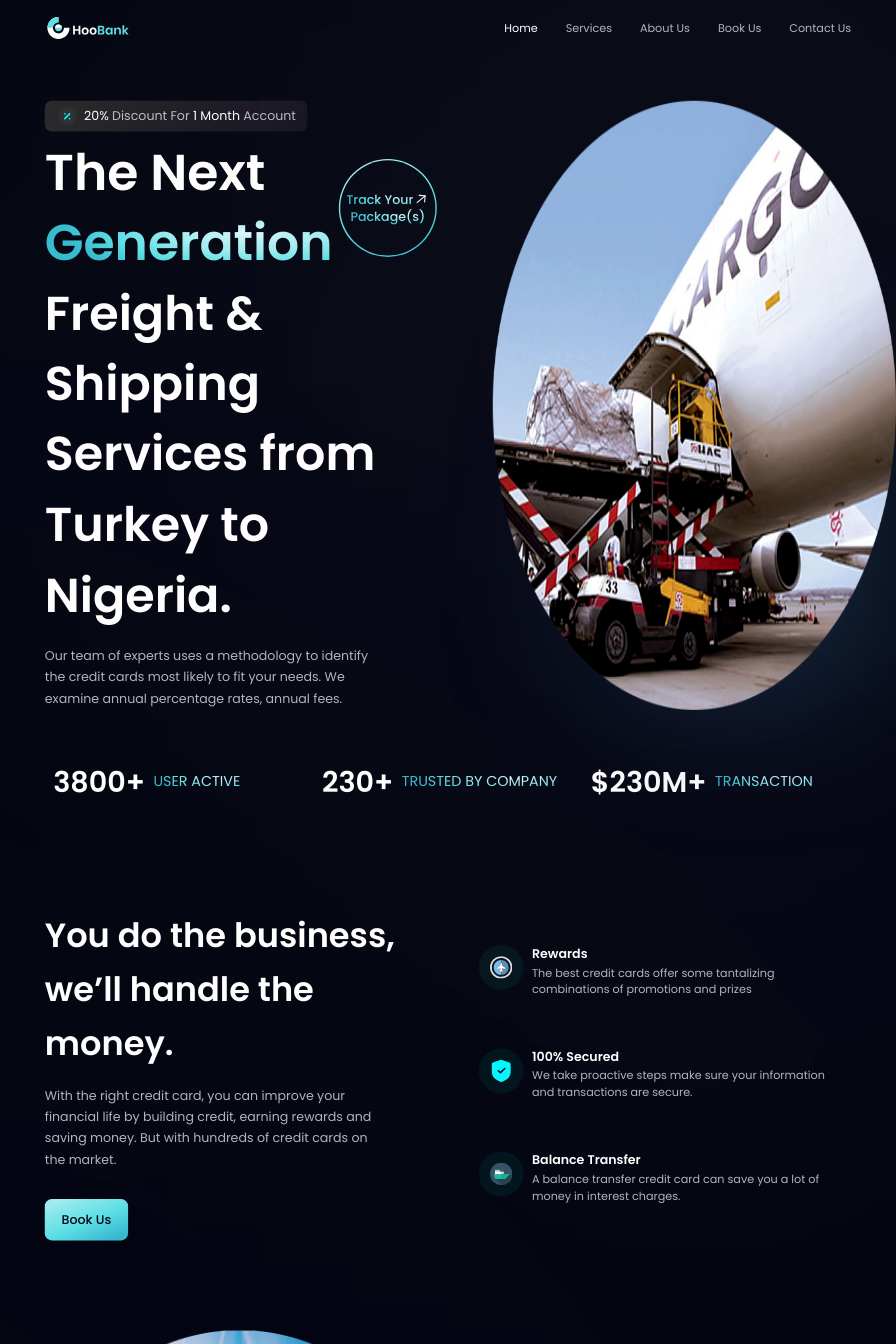
Repository: Miracleoluebube/captionlogistics
Page: /
The author's editor kept a copy of each file at every save. The page is drawn from the files as they stood at one save, then again after a run of saves.
The browser window is 1280 px wide. The pictures show the part of the page from y = 0 to 1920 px (the page is 5317 px tall), at 70% of full size.
The project was rebuilt for these pictures with package versions that can differ from the ones it lists, and the page was loaded fresh each time. Also part of the build but not shown: vite.config.js.

Above is the page before, as saved 2022-10-01 11:39:23.

### src/index.css
/* :root {
  font-family: Inter, Avenir, Helvetica, Arial, sans-serif;
  font-size: 16px;
  line-height: 24px;
  font-weight: 400;

  color-scheme: light dark;
  color: rgba(255, 255, 255, 0.87);
  background-color: #242424;

  font-synthesis: none;
  text-rendering: optimizeLegibility;
  -webkit-font-smoothing: antialiased;
  -moz-osx-font-smoothing: grayscale;
  -webkit-text-size-adjust: 100%;
}

a {
  font-weight: 500;
  color: #646cff;
  text-decoration: inherit;
}
a:hover {
  color: #535bf2;
}

body {
  margin: 0;
  display: flex;
  place-items: center;
  min-width: 320px;
  min-height: 100vh;
}

h1 {
  font-size: 3.2em;
  line-height: 1.1;
}

button {
  border-radius: 8px;
  border: 1px solid transparent;
  padding: 0.6em 1.2em;
  font-size: 1em;
  font-weight: 500;
  font-family: inherit;
  background-color: #1a1a1a;
  cursor: pointer;
  transition: border-color 0.25s;
}
button:hover {
  border-color: #646cff;
}
button:focus,
button:focus-visible {
  outline: 4px auto -webkit-focus-ring-color;
}
*/

@import url("https://fonts.googleapis.com/css2?family=Poppins:wght@400;500;600;700;800;900&display=swap");

@tailwind base;
@tailwind components;
@tailwind utilities;

:root {
  --black-gradient: linear-gradient(
    144.39deg,
    #ffffff -278.56%,
    #6d6d6d -78.47%,
    #11101d 91.61%
  );
  --card-shadow: 0px 20px 100px -10px rgba(66, 71, 91, 0.1);
}

* {
  scroll-behavior: smooth;
}

.text-gradient {
  background: radial-gradient(
    64.18% 64.18% at 71.16% 35.69%,
    #def9fa 0.89%,
    #bef3f5 17.23%,
    #9dedf0 42.04%,
    #7de7eb 55.12%,
    #5ce1e6 71.54%,
    #33bbcf 100%
  );
  -webkit-background-clip: text;
  -webkit-text-fill-color: transparent;
  background-clip: text;
  text-fill-color: transparent;
}

.bg-blue-gradient {
  background: linear-gradient(
    157.81deg,
    #def9fa -43.27%,
    #bef3f5 -21.24%,
    #9dedf0 12.19%,
    #7de7eb 29.82%,
    #5ce1e6 51.94%,
    #33bbcf 90.29%
  );
}

.bg-black-gradient {
  background: linear-gradient(
    144.39deg,
    #ffffff -278.56%,
    #6d6d6d -78.47%,
    #11101d 91.61%
  );
}

.bg-black-gradient-2 {
  background: linear-gradient(
    -168.39deg,
    #ffffff -278.56%,
    #6d6d6d -78.47%,
    #11101d 91.61%
  );
}

.bg-gray-gradient {
  background: linear-gradient(
    153.47deg,
    rgba(255, 255, 255, 0) -341.94%,
    #14101d 95.11%
  );
}

.bg-discount-gradient {
  background: linear-gradient(125.17deg, #272727 0%, #11101d 100%);
}

.box-shadow {
  box-shadow: 0px 20px 100px -10px rgba(66, 71, 91, 0.1);
}

.sidebar {
  -webkit-animation: slide-top 0.5s cubic-bezier(0.25, 0.46, 0.45, 0.94) both;
  animation: slide-top 0.5s cubic-bezier(0.25, 0.46, 0.45, 0.94) both;
}

@-webkit-keyframes slide-top {
  0% {
    -webkit-transform: translateY(100px);
    transform: translateY(100px);
  }
  100% {
    -webkit-transform: translateY(0);
    transform: translateY(0);
  }
}

@keyframes slide-top {
  0% {
    -webkit-transform: translateY(100px);
    transform: translateY(100px);
  }
  100% {
    -webkit-transform: translateY(0);
    transform: translateY(0);
  }
}

.feature-card:hover {
  background: var(--black-gradient);
  box-shadow: var(--card-shadow);
}

.feedback-container .feedback-card:last-child {
  margin-right: 0px;
}

.feedback-card {
  background: transparent;
}

.feedback-card:hover {
  background: var(--black-gradient);
}

.blue__gradient {
  background: linear-gradient(180deg, rgba(188, 165, 255, 0) 0%, #214d76 100%);
  filter: blur(123px);
}

.pink__gradient {
  background: linear-gradient(90deg, #f4c4f3 0%, #fc67fa 100%);
  filter: blur(900px);
}

.white__gradient {
  background: rgba(255, 255, 255, 0.6);
  filter: blur(750px);
}


@media (prefers-color-scheme: light) {
  :root {
    color: #213547;
    background-color: #ffffff;
  }
  a:hover {
    color: #747bff;
  }
  button {
    background-color: #f9f9f9;
  }
}

### src/style.js
const styles = {
  boxWidth: "xl:max-w-[1280px] w-full",

  heading2: "font-poppins font-semibold xs:text-[48px] text-[40px] text-white xs:leading-[76.8px] leading-[66.8px] w-full",
  paragraph: "font-poppins font-normal text-dimWhite text-[18px] leading-[30.8px]",

  flexCenter: "flex justify-center items-center",
  flexStart: "flex justify-center items-start",

  paddingX: "sm:px-16 px-6",
  paddingY: "sm:py-16 py-6",
  padding: "sm:px-16 px-6 sm:py-12 py-4",

  marginX: "sm:mx-16 mx-6",
  marginY: "sm:my-16 my-6",
};

export const layout = {
  section: `flex md:flex-row flex-col ${styles.paddingY}`,
  sectionReverse: `flex md:flex-row flex-col-reverse ${styles.paddingY}`,

  sectionImgReverse: `flex-1 flex ${styles.flexCenter} md:mr-10 mr-0 md:mt-0 mt-10 relative`,
  sectionImg: `flex-1 flex ${styles.flexCenter} md:ml-10 ml-0 md:mt-0 mt-10 relative`,

  sectionInfo: `flex-1 ${styles.flexStart} flex-col`,
};

export default styles;

### src/components/Navbar.jsx
import { useState } from "react";

import { close, logo, menu } from "../assets";
import { navLinks } from "../constants";

const Navbar = () => {
  const [active, setActive] = useState("Home");
  const [toggle, setToggle] = useState(false);

  return (
    <nav className="w-full flex py-6 justify-between items-center navbar">
      <img src={logo} alt="hoobank" className="w-[124px] h-[32px]" />

      <ul className="list-none sm:flex hidden justify-end items-center flex-1">
        {navLinks.map((nav, index) => (
          <li
            key={nav.id}
            className={`font-poppins font-normal cursor-pointer text-[16px] ${
              active === nav.title ? "text-white" : "text-dimWhite"
            } ${index === navLinks.length - 1 ? "mr-0" : "mr-10"}`}
            onClick={() => setActive(nav.title)}
          >
            <a href={`#${nav.id}`}>{nav.title}</a>
          </li>
        ))}
      </ul>

      <div className="sm:hidden flex flex-1 justify-end items-center">
        <img
          src={toggle ? close : menu}
          alt="menu"
          className="w-[28px] h-[28px] object-contain"
          onClick={() => setToggle(!toggle)}
        />

        <div
          className={`${
            !toggle ? "hidden" : "flex"
          } p-6 bg-black-gradient absolute top-20 right-0 mx-4 my-2 min-w-[140px] rounded-xl sidebar`}
        >
          <ul className="list-none flex justify-end items-start flex-1 flex-col">
            {navLinks.map((nav, index) => (
              <li
                key={nav.id}
                className={`font-poppins font-medium cursor-pointer text-[16px] ${
                  active === nav.title ? "text-white" : "text-dimWhite"
                } ${index === navLinks.length - 1 ? "mb-0" : "mb-4"}`}
                onClick={() => setActive(nav.title)}
              >
                <a href={`#${nav.id}`}>{nav.title}</a>
              </li>
            ))}
          </ul>
        </div>
      </div>
    </nav>
  );
};

export default Navbar;

### src/components/Billing.jsx
import { apple, bill, google } from "../assets";
import styles, { layout } from "../style";

const Billing = () => (
  <section id="product" className={layout.sectionReverse}>
    <div className={layout.sectionImgReverse}>
      <img src={bill} alt="billing" className="w-[100%] h-[100%] relative z-[5]" />

      {/* gradient start */}
      <div className="absolute z-[3] -left-1/2 top-0 w-[50%] h-[50%] rounded-full white__gradient" />
      <div className="absolute z-[0] w-[50%] h-[50%] -left-1/2 bottom-0 rounded-full pink__gradient" />
      {/* gradient end */}
    </div>

    <div className={layout.sectionInfo}>
      <h2 className={styles.heading2}>
        Easily control your <br className="sm:block hidden" /> billing &
        invoicing
      </h2>
      <p className={`${styles.paragraph} max-w-[470px] mt-5`}>
        Elit enim sed massa etiam. Mauris eu adipiscing ultrices ametodio
        aenean neque. Fusce ipsum orci rhoncus aliporttitor integer platea
        placerat.
      </p>

      <div className="flex flex-row flex-wrap sm:mt-10 mt-6">
        <img src={apple} alt="google_play" className="w-[128.86px] h-[42.05px] object-contain mr-5 cursor-pointer" />
        <img src={google} alt="google_play" className="w-[144.17px] h-[43.08px] object-contain cursor-pointer" />
      </div>
    </div>
  </section>
);

export default Billing;

### src/components/CardDeal.jsx
import { card } from "../assets";
import styles, { layout } from "../style";
import Button from "./Button";

const CardDeal = () => (
  <section id="book Us" className={layout.section}>
    <div className={layout.sectionInfo}>
      <h2 className={styles.heading2}>
        Find a better card deal <br className="sm:block hidden" /> in few easy
        steps.
      </h2>
      <p className={`${styles.paragraph} max-w-[470px] mt-5`}>
        Arcu tortor, purus in mattis at sed integer faucibus. Aliquet quis
        aliquet eget mauris tortor.ç Aliquet ultrices ac, ametau.
      </p>

      <Button styles={`mt-10`} />
    </div>

    <div className={layout.sectionImg}>
      <img src={card} alt="billing" className="w-[100%] h-[100%]" />
    </div>
  </section>
);

export default CardDeal;

### src/components/Business.jsx
import { features } from "../constants";
import styles, { layout } from "../style";
import Button from "./Button";

const FeatureCard = ({ icon, title, content, index }) => (
  <div className={`flex flex-row p-6 rounded-[20px] ${index !== features.length - 1 ? "mb-6" : "mb-0"} feature-card`}>
    <div className={`w-[64px] h-[64px] rounded-full ${styles.flexCenter} bg-dimBlue`}>
      <img src={icon} alt="star" className="w-[50%] h-[50%] object-contain" />
    </div>
    <div className="flex-1 flex flex-col ml-3">
      <h4 className="font-poppins font-semibold text-white text-[18px] leading-[23.4px] mb-1">
        {title}
      </h4>
      <p className="font-poppins font-normal text-dimWhite text-[16px] leading-[24px]">
        {content}
      </p>
    </div>
  </div>
);

const Business = () =>  (
  <section id="features" className={layout.section}>
    <div className={layout.sectionInfo}>
      <h2 className={styles.heading2}>
        You do the business, <br className="sm:block hidden" /> we’ll handle
        the money.
      </h2>
      <p className={`${styles.paragraph} max-w-[470px] mt-5`}>
        With the right credit card, you can improve your financial life by
        building credit, earning rewards and saving money. But with hundreds
        of credit cards on the market.
      </p>

      <Button styles={`mt-10`} />
    </div>

    <div className={`${layout.sectionImg} flex-col`}>
      {features.map((feature, index) => (
        <FeatureCard key={feature.id} {...feature} index={index} />
      ))}
    </div>
  </section>
);

export default Business;

### src/components/CTA.jsx
import styles from "../style";
import Button from "./Button";

const CTA = () => (
  <section className={`${styles.flexCenter} ${styles.marginY} ${styles.padding} sm:flex-row flex-col bg-black-gradient-2 rounded-[20px] box-shadow`}>
    <div className="flex-1 flex flex-col">
      <h2 className={styles.heading2}>Let’s try our service now!</h2>
      <p className={`${styles.paragraph} max-w-[470px] mt-5`}>
        Everything you need to accept card payments and grow your business
        anywhere on the planet.
      </p>
    </div>

    <div  className={`${styles.flexCenter} sm:ml-10 ml-0 sm:mt-0 mt-10`}>
      <Button />
    </div>
  </section>
);

export default CTA;

### src/components/Stats.jsx
import { stats } from "../constants";
import styles from "../style";

const Stats = () => (
  <section className={`${styles.flexCenter} flex-row flex-wrap sm:mb-20 mb-6`}>
    {stats.map((stat) => (
      <div key={stat.id} className={`flex-1 flex justify-start items-center flex-row m-3`} >
        <h4 className="font-poppins font-semibold xs:text-[40.89px] text-[30.89px] xs:leading-[53.16px] leading-[43.16px] text-white">
          {stat.value}
        </h4>
        <p className="font-poppins font-normal xs:text-[20.45px] text-[15.45px] xs:leading-[26.58px] leading-[21.58px] text-gradient uppercase ml-3">
          {stat.title}
        </p>
      </div>
    ))}
  </section>
);

export default Stats;

### src/components/Footer.jsx
import styles from "../style";
import { logo } from "../assets";
import { footerLinks, socialMedia } from "../constants";

const Footer = () => (
  <section className={`${styles.flexCenter} ${styles.paddingY} flex-col`}>
    <div className={`${styles.flexStart} md:flex-row flex-col mb-8 w-full`}>
      <div className="flex-[1] flex flex-col justify-start mr-10">
        <img
          src={logo}
          alt="hoobank"
          className="w-[266px] h-[72.14px] object-contain"
        />
        <p className={`${styles.paragraph} mt-4 max-w-[312px]`}>
          A new way to make the payments easy, reliable and secure.
        </p>
      </div>

      <div className="flex-[1.5] w-full flex flex-row justify-between flex-wrap md:mt-0 mt-10">
        {footerLinks.map((footerlink) => (
          <div key={footerlink.title} className={`flex flex-col ss:my-0 my-4 min-w-[150px]`}>
            <h4 className="font-poppins font-medium text-[18px] leading-[27px] text-white">
              {footerlink.title}
            </h4>
            <ul className="list-none mt-4">
              {footerlink.links.map((link, index) => (
                <li
                  key={link.name}
                  className={`font-poppins font-normal text-[16px] leading-[24px] text-dimWhite hover:text-secondary cursor-pointer ${
                    index !== footerlink.links.length - 1 ? "mb-4" : "mb-0"
                  }`}
                >
                  {link.name}
                </li>
              ))}
            </ul>
          </div>
        ))}
      </div>
    </div>

    <div className="w-full flex justify-between items-center md:flex-row flex-col pt-6 border-t-[1px] border-t-[#3F3E45]">
      <p className="font-poppins font-normal text-center text-[18px] leading-[27px] text-white">
        Copyright Ⓒ 2022 HooBank. All Rights Reserved.
      </p>

      <div className="flex flex-row md:mt-0 mt-6">
        {socialMedia.map((social, index) => (
          <img
            key={social.id}
            src={social.icon}
            alt={social.id}
            className={`w-[21px] h-[21px] object-contain cursor-pointer ${
              index !== socialMedia.length - 1 ? "mr-6" : "mr-0"
            }`}
            onClick={() => window.open(social.link)}
          />
        ))}
      </div>
    </div>
  </section>
);

export default Footer;

### src/components/Testimonials.jsx
import { feedback } from "../constants";
import styles from "../style";
import FeedbackCard from "./FeedbackCard";

const Testimonials = () => (
  <section id="clients" className={`${styles.paddingY} ${styles.flexCenter} flex-col relative `}>
    <div className="absolute z-[0] w-[60%] h-[60%] -right-[50%] rounded-full blue__gradient bottom-40" />

    <div className="w-full flex justify-between items-center md:flex-row flex-col sm:mb-16 mb-6 relative z-[1]">
      <h2 className={styles.heading2}>
        What People are <br className="sm:block hidden" /> saying about us
      </h2>
      <div className="w-full md:mt-0 mt-6">
        <p className={`${styles.paragraph} text-left max-w-[450px]`}>
          Everything you need to accept card payments and grow your business
          anywhere on the planet.
        </p>
      </div>
    </div>

    <div className="flex flex-wrap sm:justify-start justify-center w-full feedback-container relative z-[1]">
      {feedback.map((card) => <FeedbackCard key={card.id} {...card} />)}
    </div>
  </section>
);

export default Testimonials;

### src/components/Hero.jsx
import styles from "../style";
import { discount, robot } from "../assets";
import GetStarted from "./GetStarted";

const Hero = () => {
  return (
    <section id="home" className={`flex md:flex-row flex-col ${styles.paddingY}`}>
      <div className={`flex-1 ${styles.flexStart} flex-col xl:px-0 sm:px-16 px-6`}>
        <div className="flex flex-row items-center py-[6px] px-4 bg-discount-gradient rounded-[10px] mb-2">
          <img src={discount} alt="discount" className="w-[32px] h-[32px]" />
          <p className={`${styles.paragraph} ml-2`}>
            <span className="text-white">20%</span> Discount For{" "}
            <span className="text-white">1 Month</span> Account
          </p>
        </div>

        <div className="flex flex-row justify-between items-center w-full">
          <h1 className="flex-1 font-poppins font-semibold ss:text-[72px] text-[52px] text-white ss:leading-[100.8px] leading-[75px]">
            The Next <br className="sm:block hidden" />{" "}
            <span className="text-gradient">Generation</span>{" "}
          </h1>
          <div className="ss:flex hidden md:mr-4 mr-0">
            <GetStarted />
          </div>
        </div>

        <h1 className="font-poppins font-semibold ss:text-[68px] text-[52px] text-white ss:leading-[100.8px] leading-[75px] w-full">
  Freight & Shipping Services from Turkey to Nigeria.
        </h1>
        <p className={`${styles.paragraph} max-w-[470px] mt-5`}>
          Our team of experts uses a methodology to identify the credit cards
          most likely to fit your needs. We examine annual percentage rates,
          annual fees.
        </p>
      </div>

      <div className={`flex-1 flex ${styles.flexCenter} md:my-0 my-10 relative`}>
        <img src={robot} alt="billing" className="w-[100%] h-[100%] relative z-[5]" />

        {/* gradient start */}
        <div className="absolute z-[0] w-[40%] h-[35%] top-0 pink__gradient" />
        <div className="absolute z-[1] w-[80%] h-[80%] rounded-full white__gradient bottom-40" />
        <div className="absolute z-[0] w-[50%] h-[50%] right-20 bottom-20 blue__gradient" />
        {/* gradient end */}
      </div>

      <div className={`ss:hidden ${styles.flexCenter}`}>
        <GetStarted />
      </div>
    </section>
  );
};

export default Hero;

### src/assets/index.js
import airbnb from "./airbnb.png";
import bill from "./bill.png";
import binance from "./binance.png";
import card from "./card.png";
import coinbase from "./coinbase.png";
import dropbox from "./dropbox.png";
import logo from "./logo.svg";
import quotes from "./quotes.svg";
import robot from "./robot.png";
import send from "./Send.svg";
import shield from "./Shield.svg";
import star from "./Star.svg";
import menu from "./menu.svg";
import close from "./close.svg";
import google from "./google.svg";
import apple from "./apple.svg";
import arrowUp from "./arrow-up.svg";
import discount from "./Discount.svg";
import facebook from "./facebook.svg";
import instagram from "./instagram.svg";
import linkedin from "./linkedin.svg";
import twitter from "./twitter.svg";
import people01 from "./people01.png";
import people02 from "./people02.png";
import people03 from "./people03.png";

export {
  airbnb,
  bill,
  binance,
  card,
  coinbase,
  dropbox,
  logo,
  quotes,
  robot,
  send,
  shield,
  star,
  menu,
  close,
  google,
  apple,
  arrowUp,
  discount,
  facebook,
  instagram,
  linkedin,
  twitter,
  people01,
  people02,
  people03,
};

### src/components/Button.jsx
import React from "react";

const Button = ({ styles }) => (
  <button type="button" className={`py-4 px-6 font-poppins font-medium text-[18px] text-primary bg-blue-gradient rounded-[10px] outline-none ${styles}`}>
    Book Us
  </button>
);



export default Button;

### src/components/FeedbackCard.jsx
import { quotes } from "../assets";

const FeedbackCard = ({ content, name, title, img }) => (
  <div className="flex justify-between flex-col px-10 py-12 rounded-[20px]  max-w-[370px] md:mr-10 sm:mr-5 mr-0 my-5 feedback-card">
    <img src={quotes} alt="double_quotes" className="w-[42.6px] h-[27.6px] object-contain" />
    <p className="font-poppins font-normal text-[18px] leading-[32.4px] text-white my-10">
      {content}
    </p>

    <div className="flex flex-row">
      <img src={img} alt={name} className="w-[48px] h-[48px] rounded-full" />
      <div className="flex flex-col ml-4">
        <h4 className="font-poppins font-semibold text-[20px] leading-[32px] text-white">
          {name}
        </h4>
        <p className="font-poppins font-normal text-[16px] leading-[24px] text-dimWhite">
          {title}
        </p>
      </div>
    </div>
  </div>
);


export default FeedbackCard;

### src/components/GetStarted.jsx
import styles from "../style";
import { arrowUp } from "../assets";

const GetStarted = () => (
  <div className={`${styles.flexCenter} w-[140px] h-[140px] rounded-full bg-blue-gradient p-[2px] cursor-pointer`}>
    <div className={`${styles.flexCenter} flex-col bg-primary w-[100%] h-[100%] rounded-full`}>
      <div className={`${styles.flexStart} flex-row`}>
        <p className="font-poppins font-medium text-[18px] leading-[23.4px]">
          <span className="text-gradient">Track Your</span>
        </p>
        <img src={arrowUp} alt="arrow-up" className="w-[23px] h-[23px] object-contain" />
      </div>

      <p className="font-poppins font-medium text-[18px] leading-[23.4px]">
        <span className="text-gradient">Package(s)</span>
      </p>
    </div>
  </div>
);

export default GetStarted;

Loaded but not shown: index.html (common file); src/main.jsx (common file); src/App.jsx (common file); src/components/index.js (common file); src/components/Clients.jsx (common file); tailwind.config.cjs (common file); src/constants/index.js (202 lines, source omitted)

After the next 2 saves:
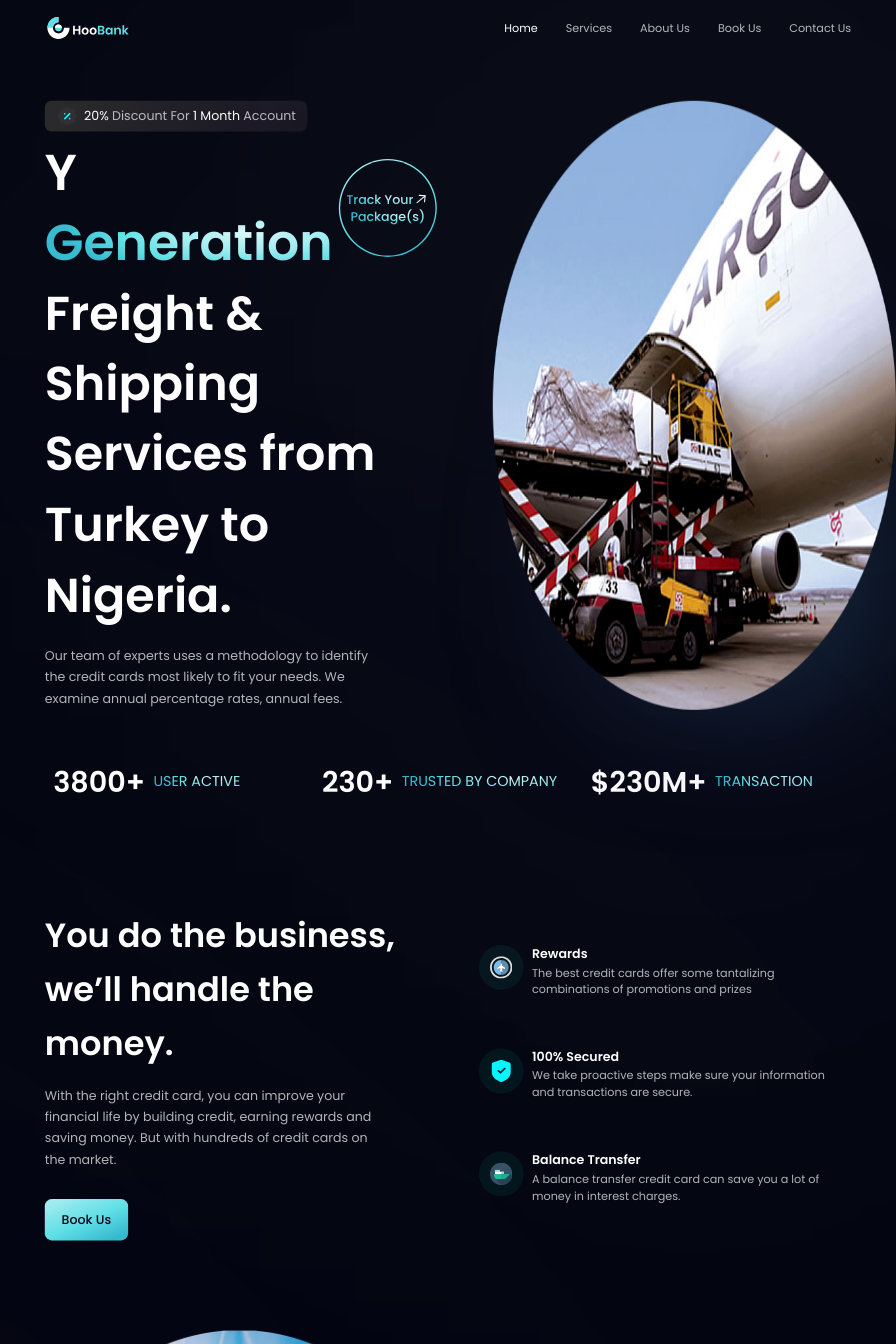
The 2 saves are shown as one change because they came seconds apart.
The last was saved 2 min 33 s later.
--- a/src/components/Hero.jsx
+++ b/src/components/Hero.jsx
@@ -16,7 +16,7 @@
 
         <div className="flex flex-row justify-between items-center w-full">
           <h1 className="flex-1 font-poppins font-semibold ss:text-[72px] text-[52px] text-white ss:leading-[100.8px] leading-[75px]">
-            The Next <br className="sm:block hidden" />{" "}
+            Y <br className="sm:block hidden" />{" "}
             <span className="text-gradient">Generation</span>{" "}
           </h1>
           <div className="ss:flex hidden md:mr-4 mr-0">
